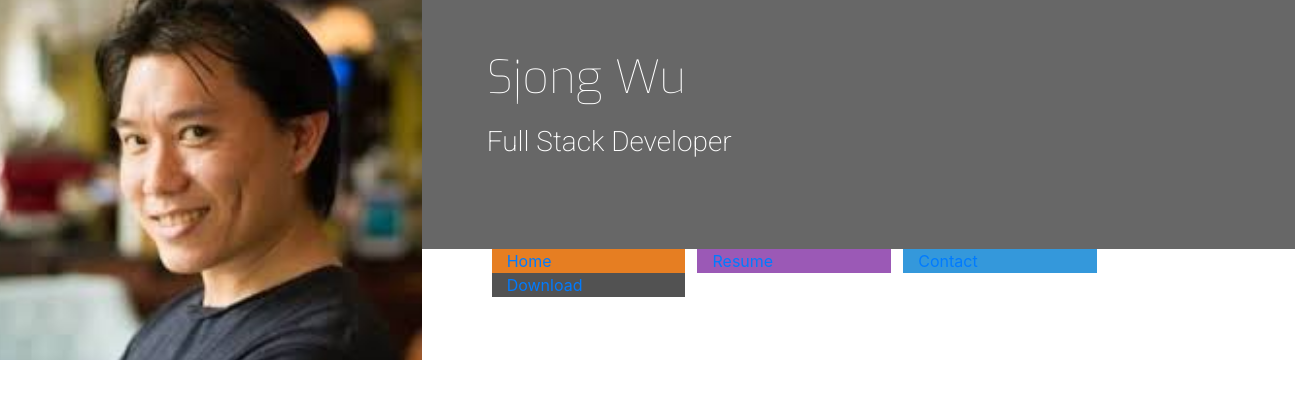
Repository: Scuzeme/codeinstitue-resume-project
Page: index.html
The author's editor kept a record of every edit. The page is drawn from the files as they stood at one moment, then again after the next edit.
The browser window is 1280 px wide. The page is 1295 px wide, so the pictures cover 1295 px, including what lies to the right of the window. The pictures show the whole page.

Above is the page before.

After the next edit:
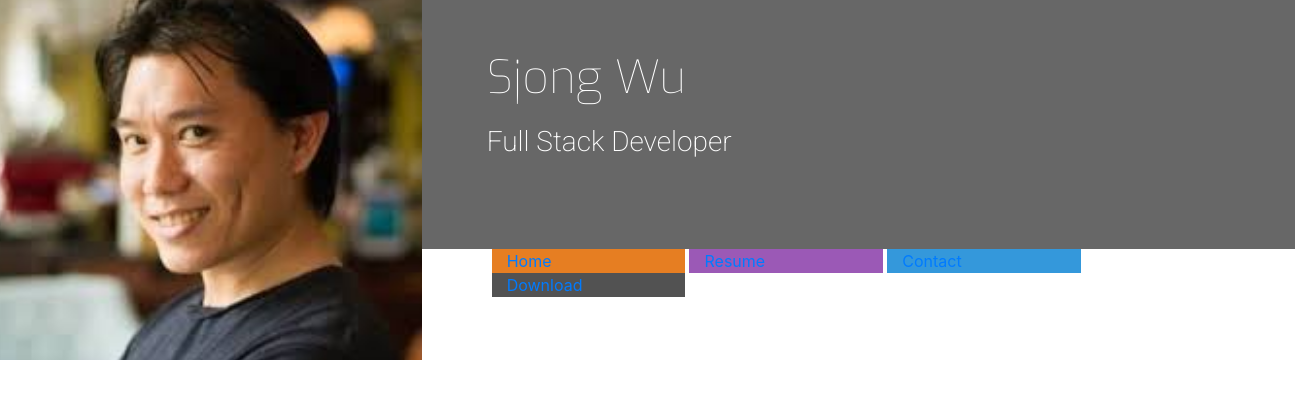
The edit:
--- a/assets/css/style.css
+++ b/assets/css/style.css
@@ -57,3 +57,7 @@ header {
     margin-bottom: 90px;
     color:#fff;
 }
+
+.list-inline-item:not(:last-child) {
+    margin:0;
+}
